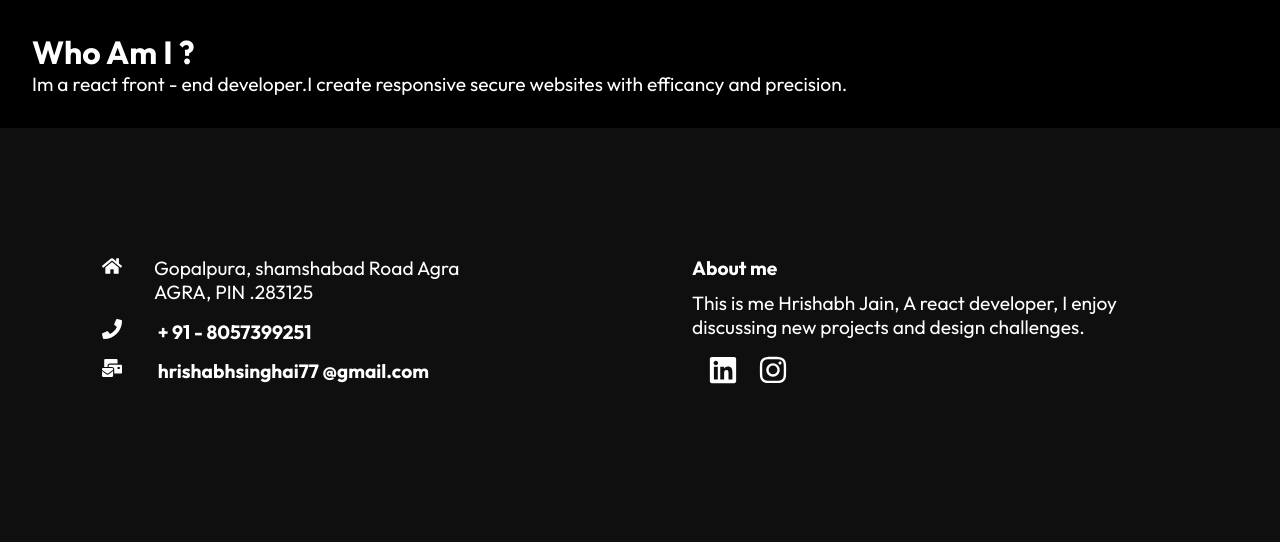
Repository: Hrishabhsinghai/Portfolio
Page: /About
The author's editor kept a copy of each file at every save. The page is drawn from the files as they stood at one save, then again after the next save.
The browser window is 1280 px wide. The pictures show the part of the page from y = 504 to 1092 px (the page is 1046 px tall before and 1092 px after).
The project was rebuilt for these pictures with package versions that can differ from the ones it lists, and the page was loaded fresh each time. Also part of the build but not shown: src/components/HeroImgStyles.css, src/components/HeroImg.js, src/routes/Home.js, src/components/AboutContentSttyles.css, src/components/WorkCardStyles.css, src/components/WorkCard.js, src/components/WorkCardData.js, src/components/Work.js and 2 more.

Above is the page before, as saved 2024-01-10 00:35:46.

After the next save:
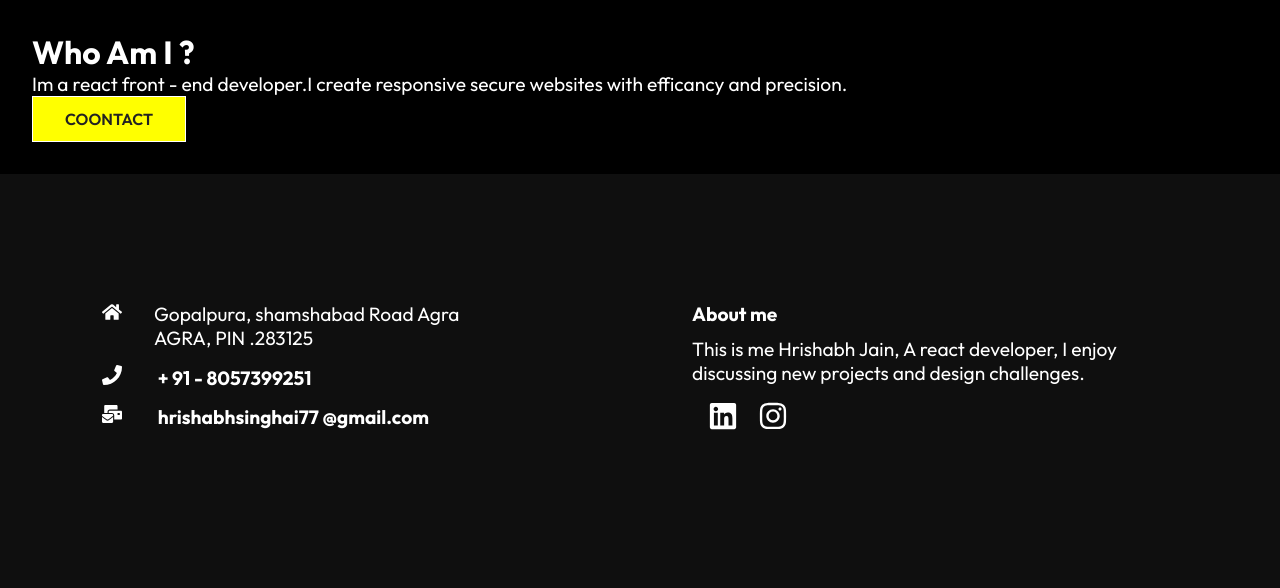
Saved 50 s later.
--- a/src/components/AboutContent.js
+++ b/src/components/AboutContent.js
@@ -1,3 +1,4 @@
+import { Link } from "react-router-dom";
 import "./AboutContentSttyles.css";
 
 import React from "react";
@@ -12,7 +13,10 @@ const AboutContent = () => {
           Im a react front - end developer.I create responsive secure websites
           with efficancy and precision.{" "}
         </p>{" "}
-      </div>
+        <Link to="contact">
+          <button className="btn"> Coontact </button>{" "}
+        </Link>{" "}
+      </div>{" "}
     </div>
   );
 };
